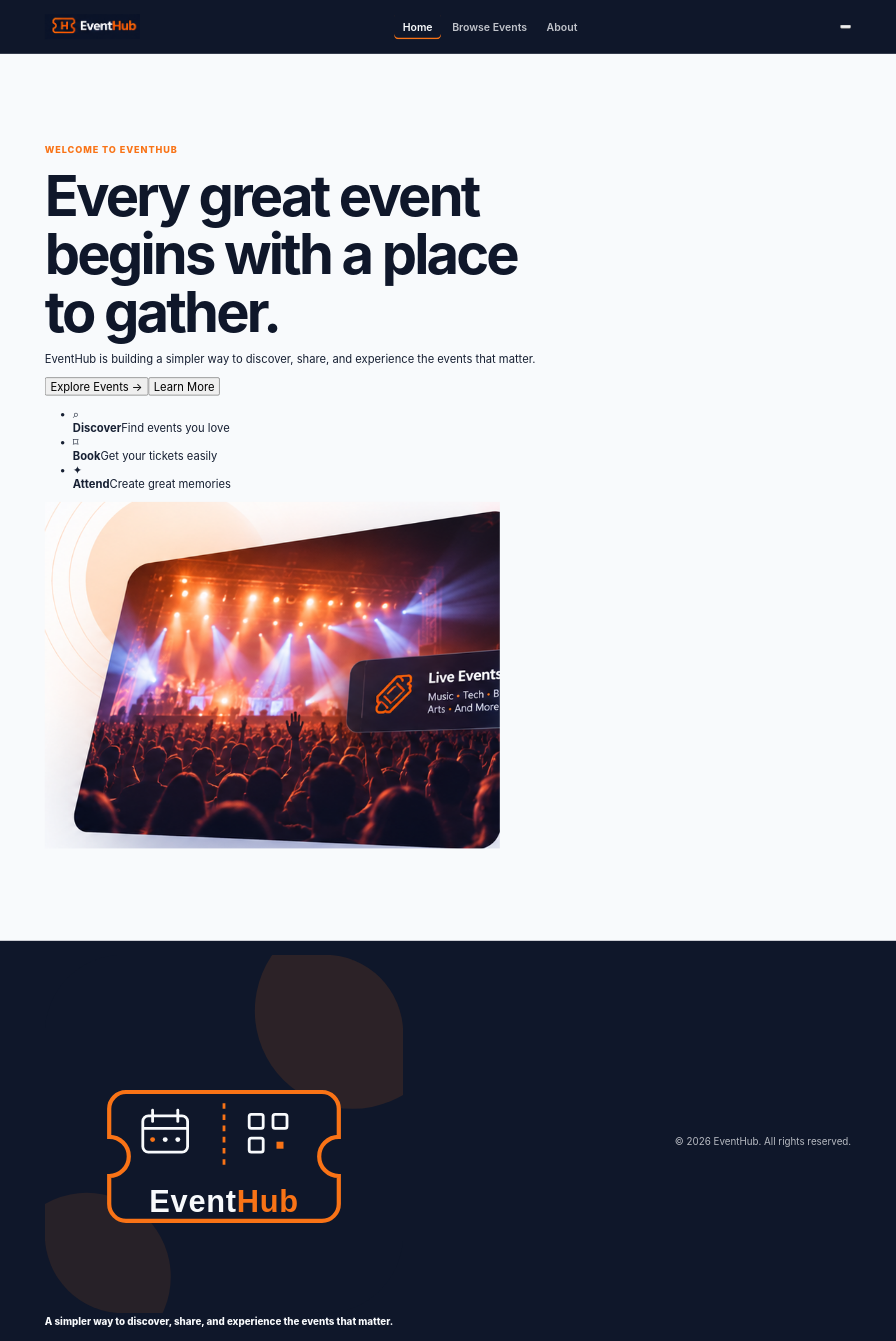
Repository: gemmy404/eventhub-ui
Page: /
These files come from the project's save history. The page is drawn as it stood at one moment and after the next save; the edit follows.
The browser window is 1280 px wide. The pictures show the whole page, at 70% of full size.
The project was rebuilt for these pictures with package versions that can differ from the ones it lists, and the page was loaded fresh each time. Also part of the build but not shown: vite.config.ts, src/pages/NotFoundPage.tsx.

Above is the page before, as saved 2026-08-11 23:35:14.

### index.html
<!doctype html>
<html lang="en">
  <head>
    <meta charset="UTF-8" />
    <meta name="viewport" content="width=device-width, initial-scale=1.0" />
    <meta name="theme-color" content="#4f46e5" />
    <meta name="description" content="EventHub event ticketing platform" />
    <title>EventHub</title>
  </head>
  <body>
    <div id="root"></div>
    <script type="module" src="/src/main.tsx"></script>
  </body>
</html>

### src/main.tsx
import { StrictMode } from 'react'
import { createRoot } from 'react-dom/client'

import { App } from './App'
import './index.css'

const rootElement = document.getElementById('root')

if (!rootElement) {
  throw new Error('Unable to find the root element.')
}

createRoot(rootElement).render(
  <StrictMode>
    <App />
  </StrictMode>,
)

### src/App.tsx
import { RouterProvider } from 'react-router-dom'

import { router } from './routes/router'

export function App() {
  return <RouterProvider router={router} />
}

### src/index.css
:root {
  --color-primary: #f97316;
  --color-primary-hover: #ea580c;
  --color-background: #0f172a;
  --color-foreground: #f8fafc;
  --color-surface: #172033;
  --color-surface-muted: #1e293b;
  --color-text: #172033;
  --color-text-muted: #526079;
  --color-border: #d8dee8;
  --color-page: #f8fafc;
  --radius-sm: 0.375rem;
  --radius-md: 0.625rem;
  --shadow-sm: 0 1px 2px rgb(15 23 42 / 8%);
  --shadow-md: 0 12px 28px rgb(15 23 42 / 10%);
  --container-width: 72rem;
  font-family: Inter, ui-sans-serif, system-ui, -apple-system, BlinkMacSystemFont, "Segoe UI", sans-serif;
  color: var(--color-text);
  background: var(--color-page);
  font-synthesis: none;
  text-rendering: optimizeLegibility;
}

* {
  box-sizing: border-box;
}

html {
  min-width: 320px;
  background: var(--color-background);
}

body {
  min-width: 320px;
  min-height: 100vh;
  margin: 0;
}

button,
input,
textarea,
select {
  font: inherit;
}

a {
  color: inherit;
}

a:focus-visible {
  outline: 3px solid var(--color-primary);
  outline-offset: 3px;
}

.container {
  width: min(100% - 2rem, var(--container-width));
  margin-inline: auto;
}

.app-shell {
  display: flex;
  min-height: 100vh;
  flex-direction: column;
  background: var(--color-page);
}

.site-header {
  background: var(--color-background);
  border-bottom: 1px solid rgb(248 250 252 / 10%);
}

.site-header__inner {
  display: flex;
  min-height: 4.75rem;
  align-items: center;
  justify-content: space-between;
  gap: 1rem;
}

.brand {
  display: inline-flex;
  align-items: center;
  border-radius: var(--radius-sm);
}

.brand__logo {
  display: block;
  width: 8.5rem;
  height: 2.75rem;
  object-fit: contain;
  object-position: left center;
}

.primary-navigation {
  display: flex;
  align-items: center;
  gap: 0.25rem;
}

.primary-navigation__link {
  padding: 0.55rem 0.75rem;
  border-radius: var(--radius-sm);
  color: rgb(248 250 252 / 76%);
  font-size: 0.9375rem;
  font-weight: 600;
  text-decoration: none;
}

.primary-navigation__link:hover,
.primary-navigation__link.is-active {
  color: var(--color-foreground);
}

.primary-navigation__link.is-active {
  box-shadow: inset 0 -2px var(--color-primary);
}

.app-content {
  display: flex;
  flex: 1;
  align-items: center;
  padding-block: clamp(4rem, 11vw, 8rem);
}

.welcome {
  max-width: 47rem;
}

.eyebrow {
  margin: 0 0 1rem;
  color: var(--color-primary);
  font-size: 0.8125rem;
  font-weight: 800;
  letter-spacing: 0.1em;
  text-transform: uppercase;
}

h1 {
  margin: 0;
  color: var(--color-background);
  font-size: clamp(2.5rem, 7vw, 5rem);
  line-height: 1.04;
  letter-spacing: -0.05em;
}

.welcome__description,
.welcome > p:not(.eyebrow) {
  max-width: 39rem;
  margin: 1.5rem 0 0;
  color: var(--color-text-muted);
  font-size: clamp(1.0625rem, 2vw, 1.1875rem);
  line-height: 1.65;
}

.text-link {
  display: inline-flex;
  margin-top: 1.75rem;
  color: var(--color-primary-hover);
  font-weight: 750;
  text-decoration-thickness: 0.12em;
  text-underline-offset: 0.2em;
}

.text-link:hover {
  color: var(--color-primary);
}

.site-footer {
  background: var(--color-background);
  color: rgb(248 250 252 / 72%);
}

.site-footer__inner {
  display: flex;
  min-height: 5.5rem;
  align-items: center;
  justify-content: space-between;
  gap: 1rem 2rem;
  padding-block: 1.25rem;
  font-size: 0.875rem;
}

.site-footer p {
  margin: 0;
}

.site-footer__brand {
  color: var(--color-foreground);
  font-weight: 800;
}

@media (max-width: 40rem) {
  .container {
    width: min(100% - 1.5rem, var(--container-width));
  }

  .site-header__inner {
    min-height: 4.25rem;
  }

  .brand__logo {
    width: 7.25rem;
    height: 2.4rem;
  }

  .primary-navigation__link {
    padding-inline: 0.5rem;
  }

  .app-content {
    align-items: flex-start;
    padding-block: 4rem;
  }

  .site-footer__inner {
    min-height: auto;
    align-items: flex-start;
    flex-direction: column;
    gap: 0.4rem;
    padding-block: 1.5rem;
  }
}

### src/routes/router.tsx
import { createBrowserRouter } from 'react-router-dom'

import { RootLayout } from '../layouts/RootLayout'
import { HomePage } from '../pages/HomePage'
import { NotFoundPage } from '../pages/NotFoundPage'

export const router = createBrowserRouter([
  {
    element: <RootLayout />,
    children: [
      {
        index: true,
        element: <HomePage />,
      },
      {
        path: '*',
        element: <NotFoundPage />,
      },
    ],
  },
])

### src/layouts/RootLayout.tsx
import { Outlet } from 'react-router-dom'

import { Footer } from '../components/common/Footer'
import { Navbar } from '../components/common/Navbar'

export function RootLayout() {
  return (
    <div className="app-shell">
      <Navbar />
      <main className="app-content container">
        <Outlet />
      </main>
      <Footer />
    </div>
  )
}

### src/pages/HomePage.tsx
import eventImage from '../assets/eventhub-landing-event.png'

export function HomePage() {
  return (
    <section id="hero" className="hero" aria-labelledby="home-title">
      <div className="hero__content">
        <p className="eyebrow">Welcome to EventHub</p>
        <h1 id="home-title">
          Every great event <br />
          begins with a place <br />
          to <span>gather.</span>
        </h1>
        <p className="hero__description">
          EventHub is building a simpler way to discover, share, and experience the events that matter.
        </p>

        <div className="hero__actions" aria-label="Landing page actions">
          <button className="button button--primary" type="button">
            Explore Events <span aria-hidden="true">→</span>
          </button>
          <button className="button button--secondary" type="button">
            Learn More
          </button>
        </div>

        <ul className="hero-features" aria-label="How EventHub works">
          <li>
            <span className="feature-icon" aria-hidden="true">⌕</span>
            <div>
              <strong>Discover</strong>
              <span>Find events you love</span>
            </div>
          </li>
          <li>
            <span className="feature-icon" aria-hidden="true">⌑</span>
            <div>
              <strong>Book</strong>
              <span>Get your tickets easily</span>
            </div>
          </li>
          <li>
            <span className="feature-icon" aria-hidden="true">✦</span>
            <div>
              <strong>Attend</strong>
              <span>Create great memories</span>
            </div>
          </li>
        </ul>
      </div>

      <div className="hero__visual" aria-label="Live EventHub events">
        <img src={eventImage} alt="A lively concert audience under warm stage lights" />
      </div>
    </section>
  )
}

### src/components/common/Footer.tsx
import eventHubLogo from '../../assets/eventhub-logo.svg'

export function Footer() {
  return (
    <footer className="site-footer">
      <div className="site-footer__inner container">
        <div className="site-footer__brand">
          <img src={eventHubLogo} alt="EventHub" />
          <p>A simpler way to discover, share, and experience the events that matter.</p>
        </div>
        <p className="site-footer__copyright">© 2026 EventHub. All rights reserved.</p>
      </div>
    </footer>
  )
}

### src/components/common/Navbar.tsx
import { useState } from 'react'
import { Link } from 'react-router-dom'

import eventHubLogo from '../../assets/eventhub-logo.png'

export function Navbar() {
  const [isMenuOpen, setIsMenuOpen] = useState(false)

  return (
    <header className="site-header">
      <div className="site-header__inner container">
        <Link className="brand" to="/" aria-label="EventHub home">
          <img className="brand__logo" src={eventHubLogo} alt="EventHub" />
        </Link>

        <nav
          id="primary-navigation"
          className={`primary-navigation${isMenuOpen ? ' is-open' : ''}`}
          aria-label="Primary navigation"
        >
          <a className="primary-navigation__link is-active" href="#hero" onClick={() => setIsMenuOpen(false)}>
            Home
          </a>
          <a className="primary-navigation__link" href="#hero" onClick={() => setIsMenuOpen(false)}>
            Browse Events
          </a>
          <a className="primary-navigation__link" href="#hero" onClick={() => setIsMenuOpen(false)}>
            About
          </a>
        </nav>

        <button
          className="menu-toggle"
          type="button"
          aria-label="Toggle navigation menu"
          aria-expanded={isMenuOpen}
          aria-controls="primary-navigation"
          onClick={() => setIsMenuOpen((isOpen) => !isOpen)}
        >
          <span />
          <span />
          <span />
        </button>
      </div>
    </header>
  )
}

After the next save:
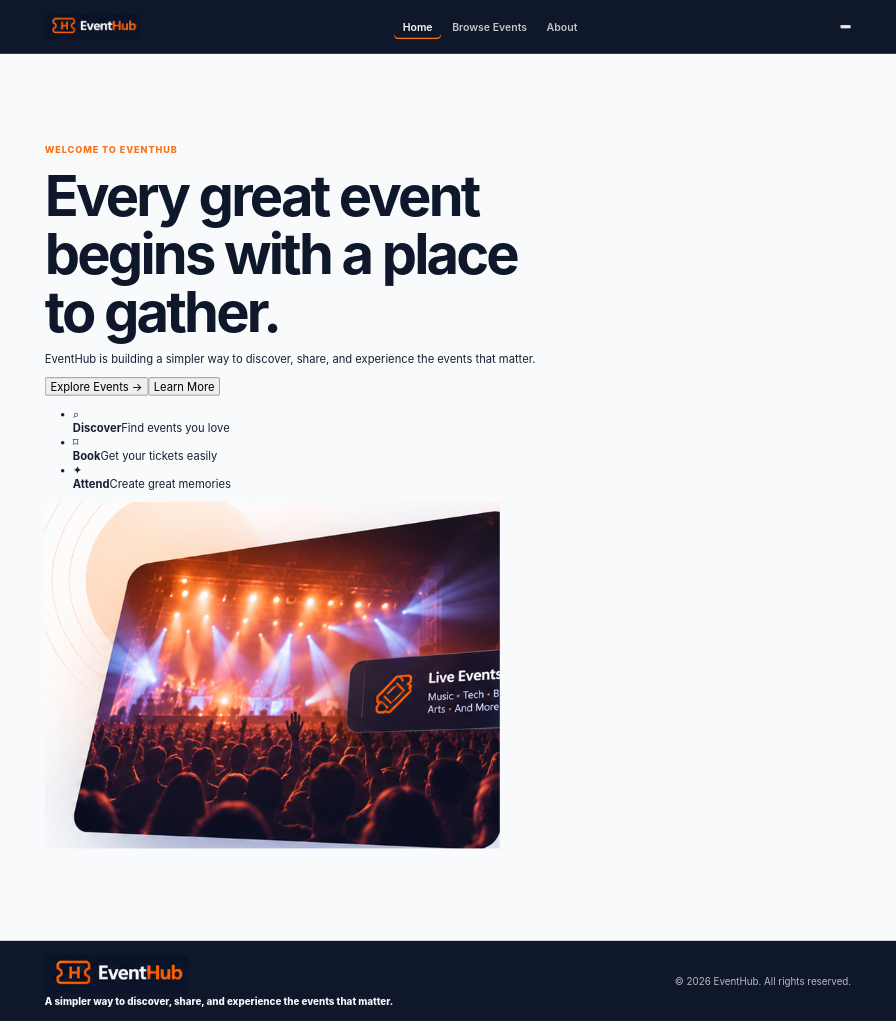
Saved 43 s later.
--- a/src/components/common/Footer.tsx
+++ b/src/components/common/Footer.tsx
@@ -1,4 +1,4 @@
-import eventHubLogo from '../../assets/eventhub-logo.svg'
+import eventHubLogo from '../../assets/eventhub-logo.png'
 
 export function Footer() {
   return (
